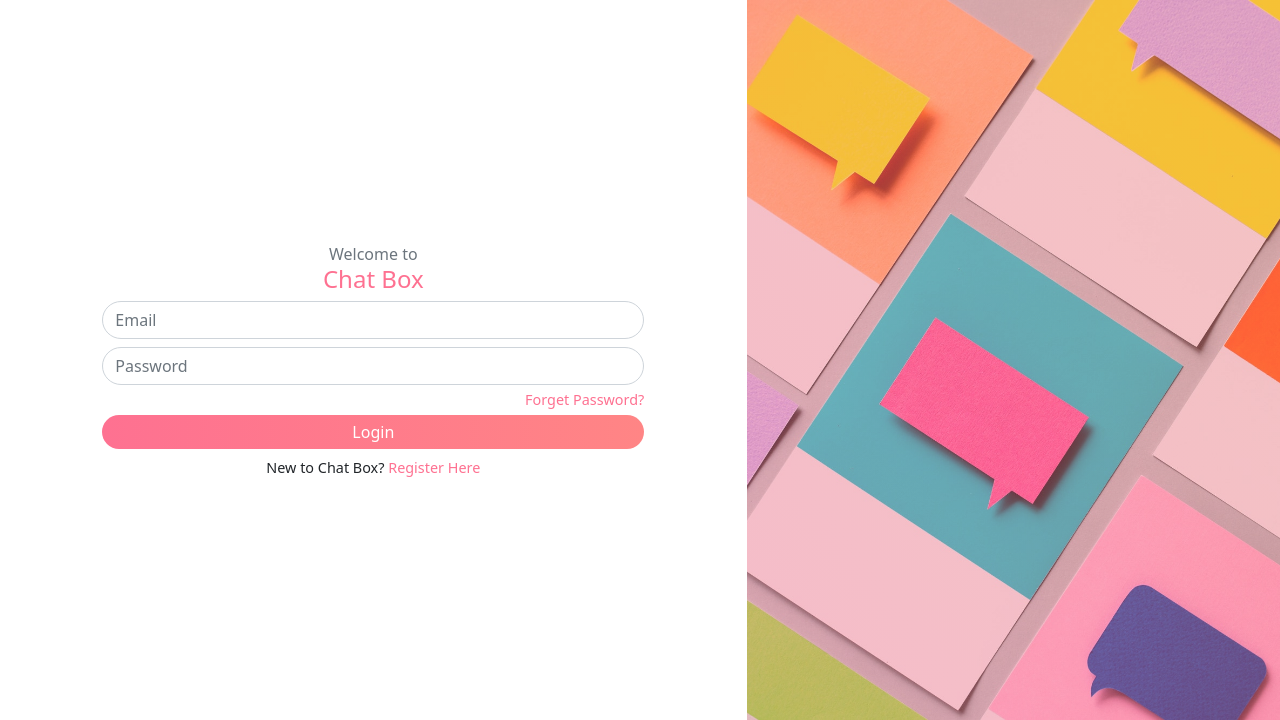
Repository: SaudCh/React-login
Page: /login
These files come from the project's save history. The page is drawn as it stood at one moment and after the next save; the edit follows.
The browser window is 1280 px wide. The pictures show the whole page.
The project was rebuilt for these pictures with package versions that can differ from the ones it lists, and the page was loaded fresh each time. Also part of the build but not shown: src/Components/Register/RegsiterCss.js, src/Components/Register/RegisterValidation.js, src/Components/Register/Register.jsx, src/Components/Home/Home.jsx.

Above is the page before, as saved 2022-02-06 13:59:09.

After the next save:
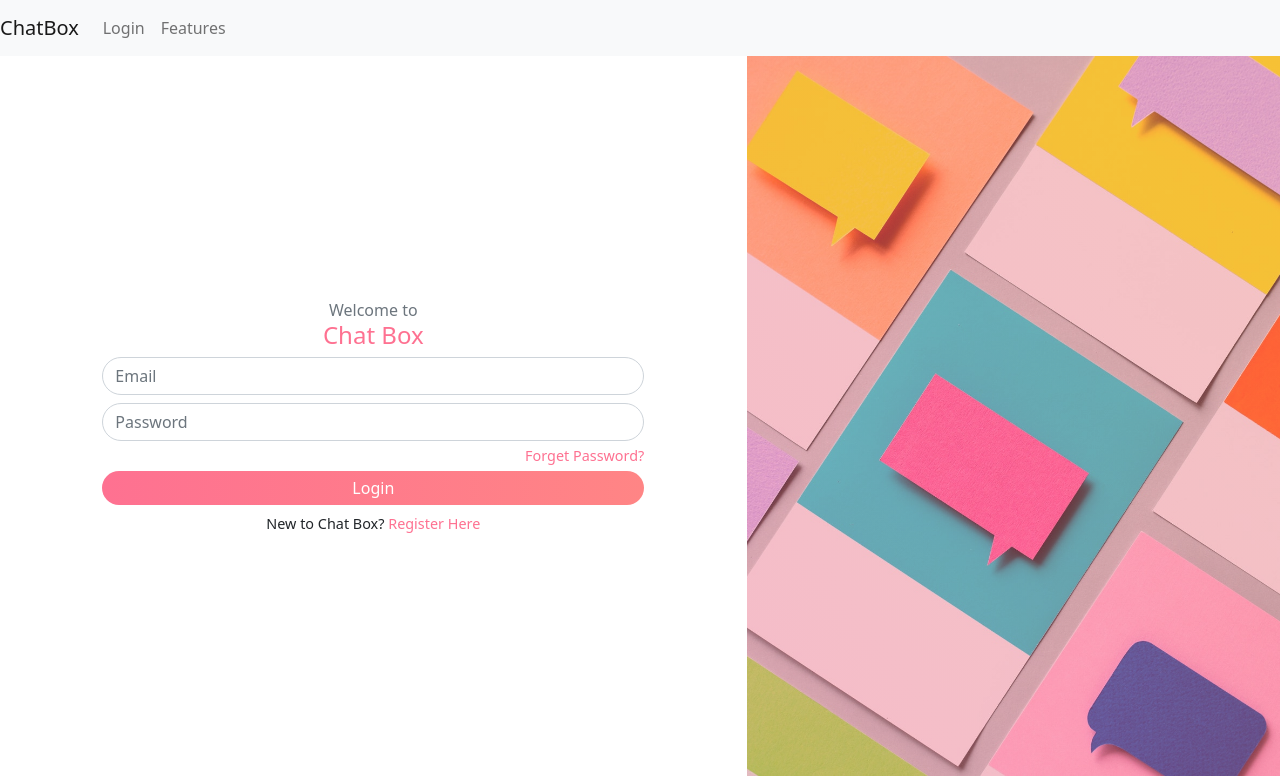
Saved 102 s later.
--- a/src/App.js
+++ b/src/App.js
@@ -3,11 +3,12 @@
 import '../node_modules/bootstrap/dist/css/bootstrap.min.css'
 import { Routes, Route, BrowserRouter as Router } from 'react-router-dom'
 import Home from './Components/Home/Home';
+import Header from './Components/Shared/Header';
 
 function App() {
   return (
     <Router>
-
+      <Header />
       <Routes>
         <Route path="/login" element={<Login />} />
         <Route path="/register" element={<Register />} />

After the 4 saves that followed:
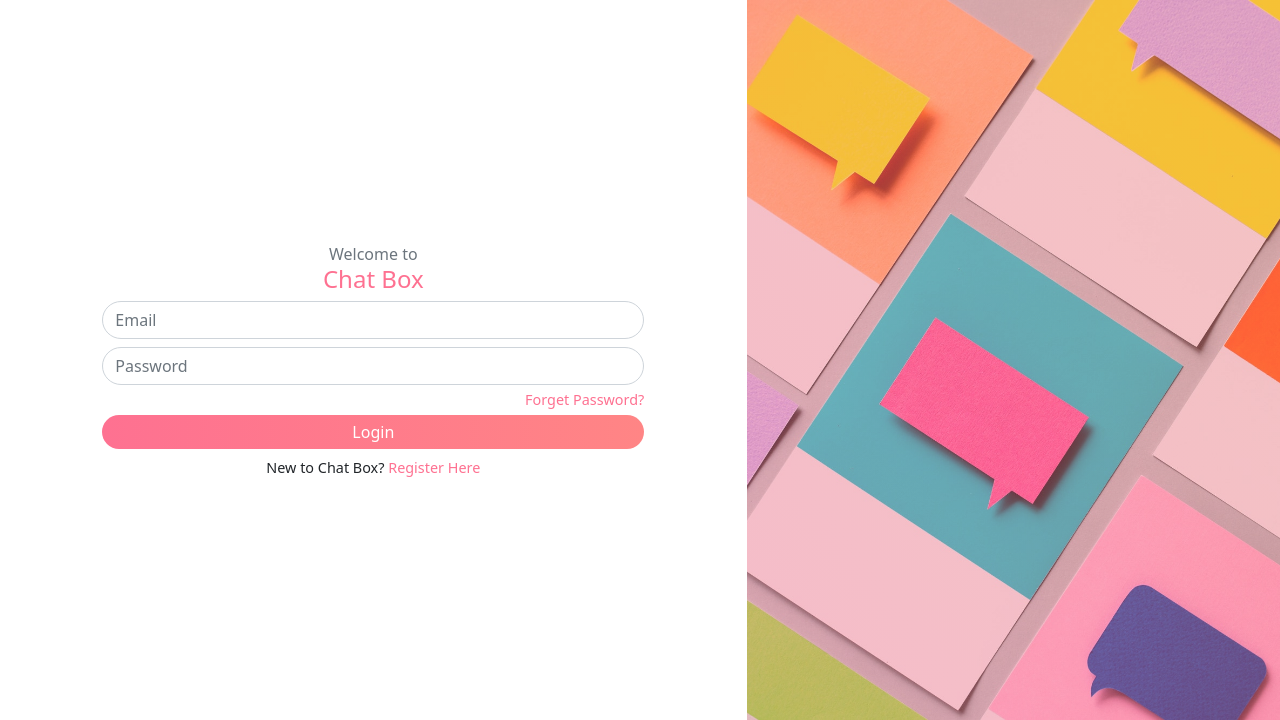
The 4 saves are shown as one change because 2 left the picture as it was and some came seconds apart.
The last was saved 86 s later.
--- a/src/App.js
+++ b/src/App.js
@@ -8,7 +8,7 @@
 function App() {
   return (
     <Router>
-      <Header />
+      {/* <Header /> */}
       <Routes>
         <Route path="/login" element={<Login />} />
         <Route path="/register" element={<Register />} />
--- a/src/Components/Shared/Header.jsx
+++ b/src/Components/Shared/Header.jsx
@@ -21,9 +21,7 @@ function Header() {
       <div class="collapse navbar-collapse" id="navbarNav">
         <ul class="navbar-nav">
           <li class="nav-item active">
-            <Link class="nav-link">
-              Login
-            </Link>
+            <Link class="nav-link">Login</Link>
           </li>
           <li class="nav-item">
             <Link class="nav-link" href="#">
